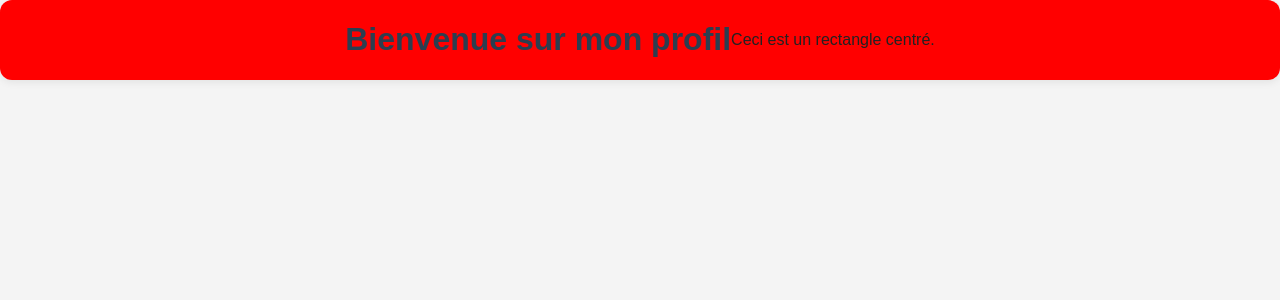
Repository: quadrinex/profile
Page: index.html
The author's editor kept a copy of each file at every save. The page is drawn from the files as they stood at one save, then again after the next save.
The browser window is 1280 px wide. The pictures show the whole page.

Above is the page before, as saved 2025-06-30 16:04:40.

After the next save:
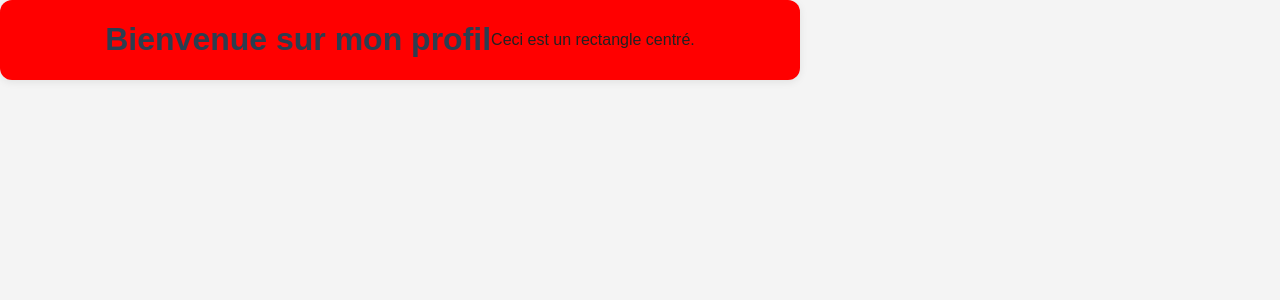
Saved 18 s later.
--- a/main.css
+++ b/main.css
@@ -20,6 +20,8 @@ a:hover {
 }
 
 .container {
+    max-width: 800px;
+    margin: flex;
     background: #ff0000;
     border-radius: 12px;
     box-shadow: 0 2px 8px rgba(0,0,0,0.08);
